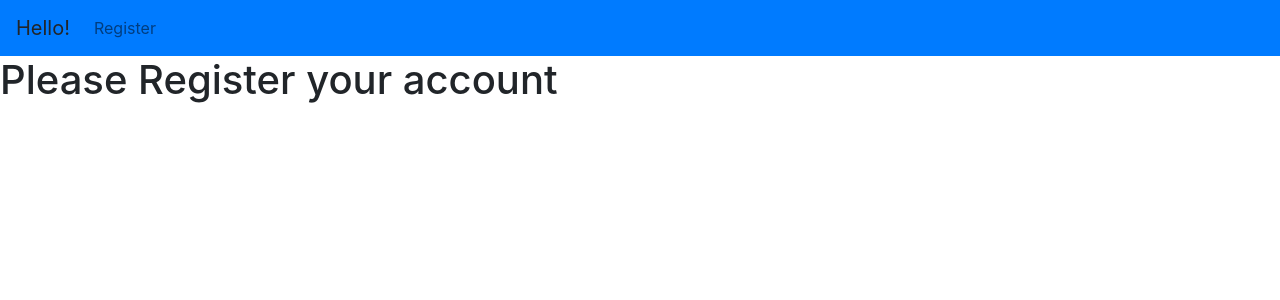
Repository: 05Mohammedismail/xworkz--Advance-Java
Page: Sep11_RegisterationForm/src/main/webapp/index.html
An editor plug-in stored every save of this project. The page is shown before and after the next save, followed by the edit.
The browser window is 1280 px wide. The pictures show the whole page.

Above is the page before, as saved 2023-09-12 14:44:27.

### Sep11_RegisterationForm/src/main/webapp/index.html
<!doctype html>
<html lang="en">
  <head>
    <meta charset="utf-8">
    <meta name="viewport" content="width=device-width, initial-scale=1">
    <title>Registration</title>
<link rel="stylesheet" href="https://cdn.jsdelivr.net/npm/bootstrap@4.1.3/dist/css/bootstrap.min.css" integrity="sha384-MCw98/SFnGE8fJT3GXwEOngsV7Zt27NXFoaoApmYm81iuXoPkFOJwJ8ERdknLPMO" crossorigin="anonymous">  </head>

  <body>
   <nav class="navbar navbar-expand-lg navbar-light bg-primary">
  <a class="navbar-brand">Hello!</a>
  <button class="navbar-toggler" type="button" data-toggle="collapse" data-target="#navbarNav" aria-controls="navbarNav" aria-expanded="false" aria-label="Toggle navigation">
    <span class="navbar-toggler-icon"></span>
  </button>
  <div class="collapse navbar-collapse" id="navbarNav">
    <ul class="navbar-nav">
      <li class="nav-item">
        <a class="nav-link" href="Register.html">Register</a>
      </li>
    </ul>
  </div>
</nav>

<h1>Please Register your account </h1>
    <script src="https://cdn.jsdelivr.net/npm/bootstrap@5.3.1/dist/js/bootstrap.bundle.min.js" integrity="sha384-HwwvtgBNo3bZJJLYd8oVXjrBZt8cqVSpeBNS5n7C8IVInixGAoxmnlMuBnhbgrkm" crossorigin="anonymous"></script>
  </body>
</html>

After the next save:
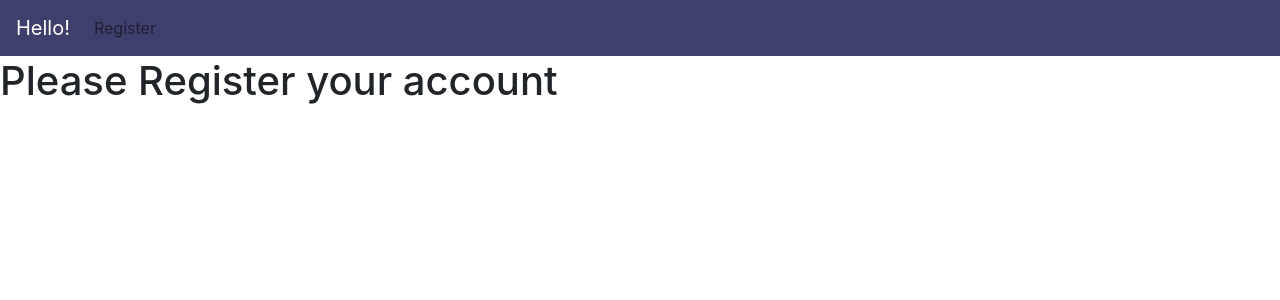
Saved 2 min 41 s later.
--- a/Sep11_RegisterationForm/src/main/webapp/index.html
+++ b/Sep11_RegisterationForm/src/main/webapp/index.html
@@ -4,10 +4,21 @@
     <meta charset="utf-8">
     <meta name="viewport" content="width=device-width, initial-scale=1">
     <title>Registration</title>
-<link rel="stylesheet" href="https://cdn.jsdelivr.net/npm/bootstrap@4.1.3/dist/css/bootstrap.min.css" integrity="sha384-MCw98/SFnGE8fJT3GXwEOngsV7Zt27NXFoaoApmYm81iuXoPkFOJwJ8ERdknLPMO" crossorigin="anonymous">  </head>
+<link rel="stylesheet" href="https://cdn.jsdelivr.net/npm/bootstrap@4.1.3/dist/css/bootstrap.min.css" integrity="sha384-MCw98/SFnGE8fJT3GXwEOngsV7Zt27NXFoaoApmYm81iuXoPkFOJwJ8ERdknLPMO" crossorigin="anonymous">
+
+<style type="text/css">
+
+.navbar{
+background: rgb(63, 63, 109);
+margin-bottom: 1px;
+color: white;
+}
+
+</style>
+</head>
 
   <body>
-   <nav class="navbar navbar-expand-lg navbar-light bg-primary">
+   <nav class="navbar navbar-expand-lg navbar-light">
   <a class="navbar-brand">Hello!</a>
   <button class="navbar-toggler" type="button" data-toggle="collapse" data-target="#navbarNav" aria-controls="navbarNav" aria-expanded="false" aria-label="Toggle navigation">
     <span class="navbar-toggler-icon"></span>
